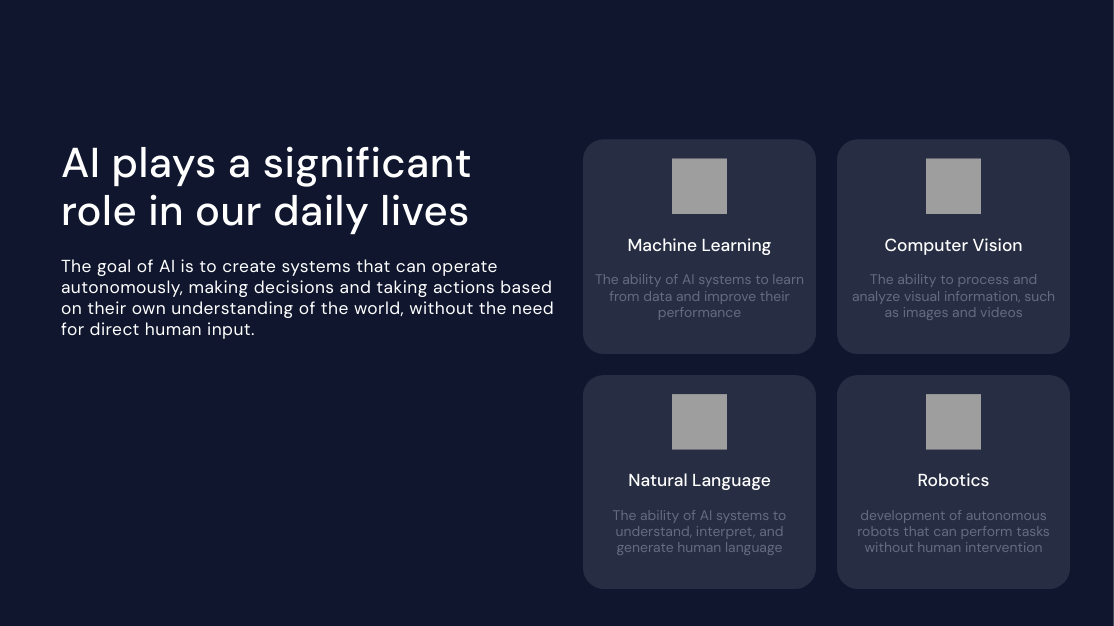
Repository: guli95/four-areas-of-AI-INVO-ACAdemy
Page: /
The author's editor kept a copy of each file at every save. The page is drawn from the files as they stood at one save, then again after the next save.
The browser window is 1280 px wide. The pictures show the whole page, at 87% of full size.
Pictures or frames that could not be fetched are drawn as grey boxes. The project was rebuilt for these pictures with package versions that can differ from the ones it lists, and the page was loaded fresh each time.

Above is the page before, as saved 2023-03-13 15:13:58.

### index.html
<!DOCTYPE html>
<html lang="en">

<head>
  <meta charset="UTF-8" />
  <link rel="icon" type="image/svg+xml" href="/vite.svg" />
  <meta name="viewport" content="width=device-width, initial-scale=1.0" />
  <title>Four AI areas</title>
</head>

<!-- In order to start your challenge, remove all the content inside <div id="home-page"></div> and start coding :) -->

<body>
  <div id="home-page">
    <div class="flexbox-container">
      <div class="heading-wrapper">
        <h1 class="heading-title">AI plays a significant role in our daily lives</h1>
        <p class="heading-text">The goal of AI is to create systems that can operate autonomously, making decisions and taking actions based on their own understanding of the world, without the need for direct human input.</p>
      </div>
      <div class="card-container">
        <a href="" class="card-link">
        <div class="card">
          <img src="./public/images/card-icon1.png" alt="" class="card-img" role="presentation">
          <h3 class="card-title">Machine Learning</h3>
          <p class="card-text">The ability of AI systems to learn from data and improve their performance</p>
        </div>
        </a>
        <a href="" class="card-link">
        <div class="card">
          <img src="./public/images/card-icon2.png" alt="" class="card-img" role="presentation">
          <h3 class="card-title">Computer Vision</h3>
          <p class="card-text">The ability to process and analyze visual information, such as images and videos</p>
        </div>
        </a>
        <a href="" class="card-link">
        <div class="card">
          <img src="./public/images/card-icon3.png" alt="" class="card-img" role="presentation">
          <h3 class="card-title">Natural Language</h3>
          <p class="card-text">The ability of AI systems to understand, interpret, and generate human language</p>
        </div>
        </a>
        <a href="" class="card-link">
        <div class="card">
          <img src="./public/images/card-icon4.png" alt="" class="card-img" role="presentation">
          <h3 class="card-title">Robotics</h3>
          <p class="card-text">development of autonomous robots that can perform tasks without human intervention</p>
        </div>
        </a>
      </div>
    </div>
  </div>

  <script type="module" src="/src/global-scripts/main.js"></script>
</body>

</html>

### src/global-scripts/main.js
/// Main JavaScript File
/// Here we import all the global JavaScript files we need for our project.

import "../global-styles/style.scss";
import "../../src/pages/home-page/styles/home-page.scss";

### src/global-styles/style.scss
/// Main Styles File
/// Here we import all the global Styles files we need for our project.

@import "styles/normalize.scss";
@import "styles/root.scss";
@import "styles/fonts.scss";

body {
  font-family: 'DS sans', sans-serif;
  color: var(--color-primary);
}

p {
  color: var(--color-on-surface);
}

### src/pages/home-page/styles/home-page.scss
/// Homepage Styles File
/// Here we import all the Styles files we need for our Homepage.
@import '../../../global-styles/styles/_root.scss';

#home-page{
    color: var(--color-white);
    font-family: 'DM Sans',sans-serif;
    height: 100%;

 .flexbox-container{
    max-width: 1580px;
    padding: 0 20px;
    display: flex;
    justify-content: center;
    margin: 160px auto 0 auto;
    @media screen and (max-width:1024px) {
        flex-direction:column;
        align-items: center;
        gap:24px;
    }
    @media screen and (max-width:480px) {
        padding: 48px 16px;
    }
    .heading-wrapper{
        font-family: "DM Sans", sans-serif;
        text-align: left ;
        letter-spacing: 0.5px;
        vertical-align: top;
        max-width: 570px;
        padding-left: 50px;
        @media screen and (max-width:1024px) {
            width: 100%;
            padding: 0 16px;
        }
        .heading-title{
            font-size: var(--text-xl);
            font-weight: 500;
            line-height: 115%;
            margin: 0 0 24px 0;
            @media screen and (max-width:1024px) {
                margin-bottom: 16px;
            }
            @media screen and (max-width:1024px) {
                font-size: var(--text-l);
            }
        }
        .heading-text{
            font-size: var(--text-m);
            line-height: 24px;
            font-weight: 300;

        }
        @media screen and (max-width:480px) {
            font-size: var(--text-s);
        }
    }
    .card-container{
        display: flex;
        justify-content: center;
        flex-wrap: wrap;
        gap: 24px;
        max-width: 620px;
        @media screen and (max-width:1024px) {
            width: 100%;
            gap:16px;
        }
        .card-link{
            display: flex;
            color: var(--color-white);
            text-decoration: none;
            flex-direction: column;
            justify-content: space-around;
            align-items: center;
            width: 40%;
            padding: 22px 10px;
            background-color:var(--color-secondary-grey);
            text-align: center;
            border-radius: var(--rounding-big);
            transition: .2s;
            &:hover{
                background-color: lighten($color: #272D42, $amount: 10) ;
            }
            @media screen and (max-width:480px) {
                width: 100%;
            }
            .card-img{
                width: 64px;
                height: 64px;
                @media screen and (max-width:1024px) {
                    width: 56px;
                    height: 56px;
                }
            }
            .card-title{
                font-size: var(--text-m);
                font-weight: 500;
            }
            .card-text{
                font-size: var(--text-s);
                mix-blend-mode:soft-light;
                @media screen and (max-width:1024px) {
                    font-size: var(--text-xs);
                }
            }
        }

    }
}

}

### src/global-styles/styles/normalize.scss
/*! normalize.css v8.0.1 | MIT License | github.com/necolas/normalize.css */

/* Document
   ========================================================================== */

/**
 * 1. Correct the line height in all browsers.
 * 2. Prevent adjustments of font size after orientation changes in iOS.
 */

html {
  line-height: 1.15; /* 1 */
  -webkit-text-size-adjust: 100%; /* 2 */
  background-color: var(--color-primary-dark-blue);
}

/* Sections
   ========================================================================== */

/**
 * Remove the margin in all browsers.
 */

body {
  margin: 0;
}

/**
 * Render the `main` element consistently in IE.
 */

main {
  display: block;
}

/**
 * Correct the font size and margin on `h1` elements within `section` and
 * `article` contexts in Chrome, Firefox, and Safari.
 */

h1 {
  font-size: 2em;
  margin: 0.67em 0;
}

/* Grouping content
   ========================================================================== */

/**
 * 1. Add the correct box sizing in Firefox.
 * 2. Show the overflow in Edge and IE.
 */

hr {
  box-sizing: content-box; /* 1 */
  height: 0; /* 1 */
  overflow: visible; /* 2 */
}

/**
 * 1. Correct the inheritance and scaling of font size in all browsers.
 * 2. Correct the odd `em` font sizing in all browsers.
 */

pre {
  font-family: monospace, monospace; /* 1 */
  font-size: 1em; /* 2 */
}

/* Text-level semantics
   ========================================================================== */

/**
 * Remove the gray background on active links in IE 10.
 */

a {
  background-color: transparent;
}

/**
 * 1. Remove the bottom border in Chrome 57-
 * 2. Add the correct text decoration in Chrome, Edge, IE, Opera, and Safari.
 */

abbr[title] {
  border-bottom: none; /* 1 */
  text-decoration: underline; /* 2 */
  text-decoration: underline dotted; /* 2 */
}

/**
 * Add the correct font weight in Chrome, Edge, and Safari.
 */

b,
strong {
  font-weight: bolder;
}

/**
 * 1. Correct the inheritance and scaling of font size in all browsers.
 * 2. Correct the odd `em` font sizing in all browsers.
 */

code,
kbd,
samp {
  font-family: monospace, monospace; /* 1 */
  font-size: 1em; /* 2 */
}

/**
 * Add the correct font size in all browsers.
 */

small {
  font-size: 80%;
}

/**
 * Prevent `sub` and `sup` elements from affecting the line height in
 * all browsers.
 */

sub,
sup {
  font-size: 75%;
  line-height: 0;
  position: relative;
  vertical-align: baseline;
}

sub {
  bottom: -0.25em;
}

sup {
  top: -0.5em;
}

/* Embedded content
   ========================================================================== */

/**
 * Remove the border on images inside links in IE 10.
 */

img {
  border-style: none;
}

/* Forms
   ========================================================================== */

/**
 * 1. Change the font styles in all browsers.
 * 2. Remove the margin in Firefox and Safari.
 */

button,
input,
optgroup,
select,
textarea {
  font-family: inherit; /* 1 */
  font-size: 100%; /* 1 */
  line-height: 1.15; /* 1 */
  margin: 0; /* 2 */
}

/**
 * Show the overflow in IE.
 * 1. Show the overflow in Edge.
 */

button,
input { /* 1 */
  overflow: visible;
}

/**
 * Remove the inheritance of text transform in Edge, Firefox, and IE.
 * 1. Remove the inheritance of text transform in Firefox.
 */

button,
select { /* 1 */
  text-transform: none;
}

/**
 * Correct the inability to style clickable types in iOS and Safari.
 */

button,
[type="button"],
[type="reset"],
[type="submit"] {
  -webkit-appearance: button;
}

/**
 * Remove the inner border and padding in Firefox.
 */

button::-moz-focus-inner,
[type="button"]::-moz-focus-inner,
[type="reset"]::-moz-focus-inner,
[type="submit"]::-moz-focus-inner {
  border-style: none;
  padding: 0;
}

/**
 * Restore the focus styles unset by the previous rule.
 */

button:-moz-focusring,
[type="button"]:-moz-focusring,
[type="reset"]:-moz-focusring,
[type="submit"]:-moz-focusring {
  outline: 1px dotted ButtonText;
}

/**
 * Correct the padding in Firefox.
 */

fieldset {
  padding: 0.35em 0.75em 0.625em;
}

/**
 * 1. Correct the text wrapping in Edge and IE.
 * 2. Correct the color inheritance from `fieldset` elements in IE.
 * 3. Remove the padding so developers are not caught out when they zero out
 *    `fieldset` elements in all browsers.
 */

legend {
  box-sizing: border-box; /* 1 */
  color: inherit; /* 2 */
  display: table; /* 1 */
  max-width: 100%; /* 1 */
  padding: 0; /* 3 */
  white-space: normal; /* 1 */
}

/**
 * Add the correct vertical alignment in Chrome, Firefox, and Opera.
 */

progress {
  vertical-align: baseline;
}

/**
 * Remove the default vertical scrollbar in IE 10+.
 */

textarea {
  overflow: auto;
}

/**
 * 1. Add the correct box sizing in IE 10.
 * 2. Remove the padding in IE 10.
 */

[type="checkbox"],
[type="radio"] {
  box-sizing: border-box; /* 1 */
  padding: 0; /* 2 */
}

/**
 * Correct the cursor style of increment and decrement buttons in Chrome.
 */

[type="number"]::-webkit-inner-spin-button,
[type="number"]::-webkit-outer-spin-button {
  height: auto;
}

/**
 * 1. Correct the odd appearance in Chrome and Safari.
 * 2. Correct the outline style in Safari.
 */

[type="search"] {
  -webkit-appearance: textfield; /* 1 */
  outline-offset: -2px; /* 2 */
}

/**
 * Remove the inner padding in Chrome and Safari on macOS.
 */

[type="search"]::-webkit-search-decoration {
  -webkit-appearance: none;
}

/**
 * 1. Correct the inability to style clickable types in iOS and Safari.
 * 2. Change font properties to `inherit` in Safari.
 */

::-webkit-file-upload-button {
  -webkit-appearance: button; /* 1 */
  font: inherit; /* 2 */
}

/* Interactive
   ========================================================================== */

/*
 * Add the correct display in Edge, IE 10+, and Firefox.
 */

details {
  display: block;
}

/*
 * Add the correct display in all browsers.
 */

summary {
  display: list-item;
}

/* Misc
   ========================================================================== */

/**
 * Add the correct display in IE 10+.
 */

template {
  display: none;
}

/**
 * Add the correct display in IE 10.
 */

[hidden] {
  display: none;
}

### src/global-styles/styles/root.scss
/// Root Styles file
/// Here we define all the root variables we need for our project.
/// For examples see Material Design color system: https://m2.material.io/design/color/the-color-system.html

:root {
    $--color-primary-dark-blue: #0F162D !global;
    --color-primary-pink: #CA59FF;
    --color-primary-purple: #6C7CFF;
    --color-primary-green: #2AFFFF;
    --color-primary-yellow: #FFF629;
    --color-white: #FFFFFF;
    --color-black: #000;
    --color-secondary-grey:#272D42;

}

### src/global-styles/styles/fonts.scss
/// Main Fonts File
/// Here we import all the fonts files we need for our project.

@import url('https://fonts.googleapis.com/css2?family=Roboto:ital,wght@0,100;0,300;0,400;0,500;0,700;0,900;1,100;1,300;1,400;1,500;1,700;1,900&display=swap');
@import url('https://fonts.googleapis.com/css2?family=DM+Sans:wght@400;500&display=swap');

### src/global-styles/styles/_root.scss
/// Root Styles file
/// Here we define all the root variables we need for our project.
/// For examples see Material Design color system: https://m2.material.io/design/color/the-color-system.html

:root {
    //colors
    --color-primary-dark-blue: #0F162D ;
    --color-primary-pink: #CA59FF;
    --color-primary-purple: #6C7CFF;
    --color-primary-green: #2AFFFF;
    --color-primary-yellow: #FFF629;
    --color-white: #FFFFFF;
    --color-black: #000;
    --color-secondary-grey:#272D42;

    //font-size
    --text-xl:48px;
    --text-l:32px;
    --text-m:20px;
    --text-s:16px;
    --text-xs:14px;

    //rounding
    --rounding-big:24px;
    --rounding-small:16px;
}

After the next save:
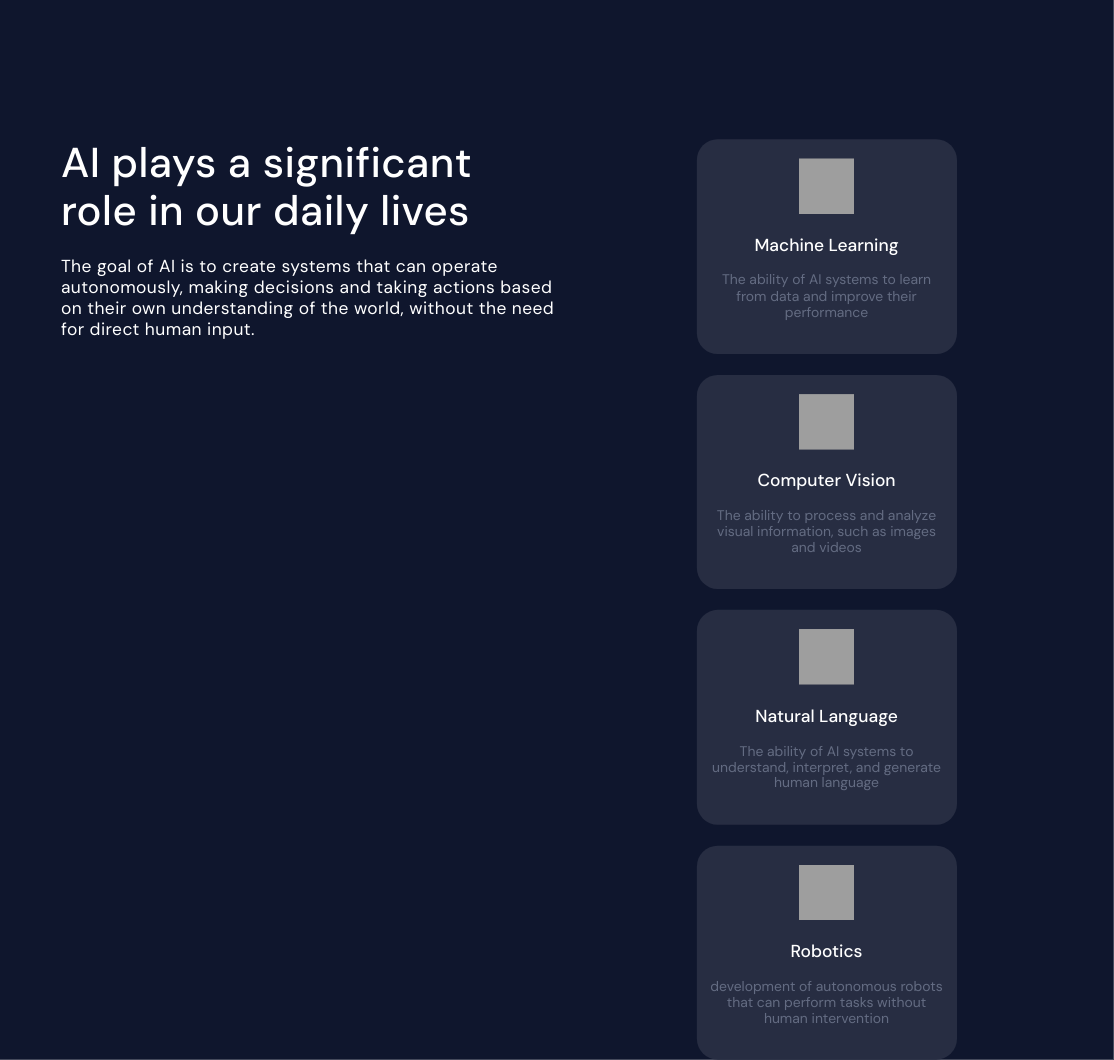
Saved 45 s later.
--- a/src/pages/home-page/styles/home-page.scss
+++ b/src/pages/home-page/styles/home-page.scss
@@ -71,7 +71,7 @@
             flex-direction: column;
             justify-content: space-around;
             align-items: center;
-            width: 40%;
+            width: 45%;
             padding: 22px 10px;
             background-color:var(--color-secondary-grey);
             text-align: center;
